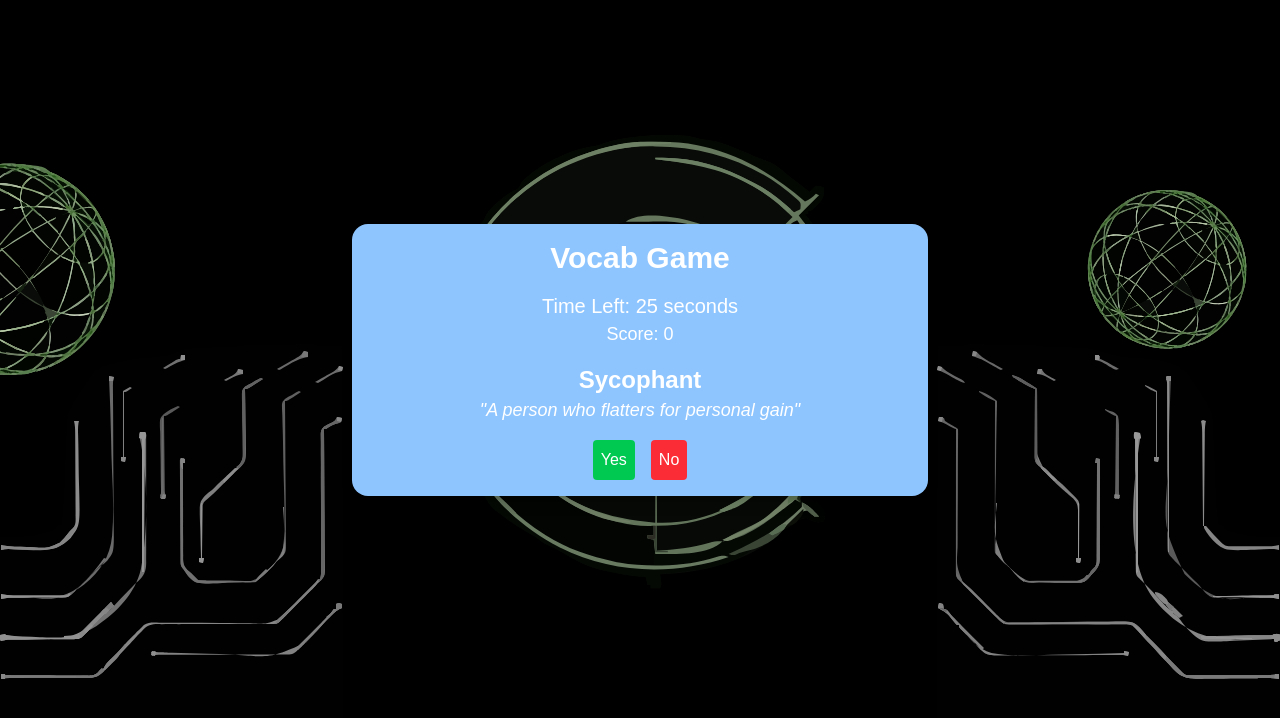
Repository: oxniw/bio-vocab
Page: /game
An editor plug-in stored every save of this project. The page is shown before and after the next save, followed by the edit.
The browser window is 1280 px wide. The pictures show the whole page.
The project was rebuilt for these pictures with package versions that can differ from the ones it lists, and the page was loaded fresh each time. The framework's server and built-in components were replaced by stand-ins that run in the browser. Also part of the build but not shown: next.config.ts.

Above is the page before, as saved 2025-04-03 22:31:48.

### src/app/game/page.jsx
'use client';

import { useState, useEffect } from 'react';
import Image from 'next/image';
const words = [
  { word: 'Ephemeral', definition: 'Lasting a very short time' },
  { word: 'Tenacious', definition: 'Holding fast; persistent' },
  { word: 'Ineffable', definition: 'Too great to be expressed in words' },
  { word: 'Sycophant', definition: 'A person who flatters for personal gain' },
  { word: 'Pernicious', definition: 'Having a harmful effect' }
];

export default function VocabGame() {
  const [currentWord, setCurrentWord] = useState('');
  const [currentDef, setCurrentDef] = useState('');
  const [score, setScore] = useState(0);
  const [timeLeft, setTimeLeft] = useState(30);
  const [gameOver, setGameOver] = useState(false);

  useEffect(() => {
    startGame();
  }, []);

  useEffect(() => {
    if (timeLeft > 0) {
      const timer = setTimeout(() => setTimeLeft(timeLeft - 1), 1000);
      return () => clearTimeout(timer);
    } else {
      setGameOver(true);
    }
  }, [timeLeft]);

  function getNewWord() {
    const wordObj = words[Math.floor(Math.random() * words.length)];
    const useCorrectDef = Math.random() > 0.5;
    setCurrentWord(wordObj.word);
    setCurrentDef(useCorrectDef ? wordObj.definition : words[Math.floor(Math.random() * words.length)].definition);
  }

  function startGame() {
    setScore(0);
    setTimeLeft(30);
    setGameOver(false);
    getNewWord();
  }

  function handleAnswer(isCorrect) {
    if (!gameOver) {
      const correctDef = words.find(w => w.word === currentWord).definition === currentDef;
      setScore(prev => prev + (correctDef === isCorrect ? 1 : -1));
      getNewWord();
    }
  }

  return (
    <div className=" items-center justify-center flex bg-black h-screen overflow-x-hidden relative">
      <Image
      className="absolute top-24 -left-36 rotate-45"
      src="/com/cysphere.svg"
      alt="Next.js logo"
      width={612/2 }
      height={408/2 }
      priority
      />
      <Image
      className="absolute top-24 -right-10 rotate-45 scale-75"
      src="/com/cysphere.svg"
      alt="Next.js logo"
      width={612/2 }
      height={408/2 }
      priority
      />
      <Image
      className="absolute bottom-0 left-0 "
      src="/com/cyd3.svg"
      alt="Next.js logo"
      width={343 }
      height={411 }
      priority
      />
      <Image
      className="absolute bottom-0 right-0 "
      src="/com/cy2d.svg"
      alt="Next.js logo"
      width={343 }
      height={411 }
      priority
      />
      <Image
      className="absolute scale-125"
      src="/com/cy4d.svg"
      alt="Next.js logo"
      width={343 }
      height={411 }
      priority
      />
      <div className='w-full h-screen  flex items-center absolute text-white justify-center overflow-hidden'>

        <div className="flex-col flex items-center w-full p-4 bg-blue-300 max-w-xl rounded-2xl shadow-lg">
        <h1 className="text-3xl font-bold mb-4">Vocab Game</h1>
        <p className="text-xl">Time Left: {timeLeft} seconds</p>
        <p className="text-lg">Score: {score}</p>
        {gameOver ? (
          <button className="mt-4 p-2 bg-blue-500 text-white rounded" onClick={startGame}>
            Restart Game
          </button>
        ) : (
          <>
            <p className="text-2xl font-semibold mt-4">{currentWord}</p>
            <p className="text-lg italic mb-4">"{currentDef}"</p>
            <div className="flex gap-4">
              <button className="p-2 bg-green-500 text-white rounded" onClick={() => handleAnswer(true)}>
                Yes
              </button>
              <button className="p-2 bg-red-500 text-white rounded" onClick={() => handleAnswer(false)}>
                No
              </button>
            </div>
          </>
        )}
        </div>

      </div>


    </div>

  );
}

Loaded but not shown: src/app/layout.tsx (common file); src/app/globals.css (common file)

After the next save:
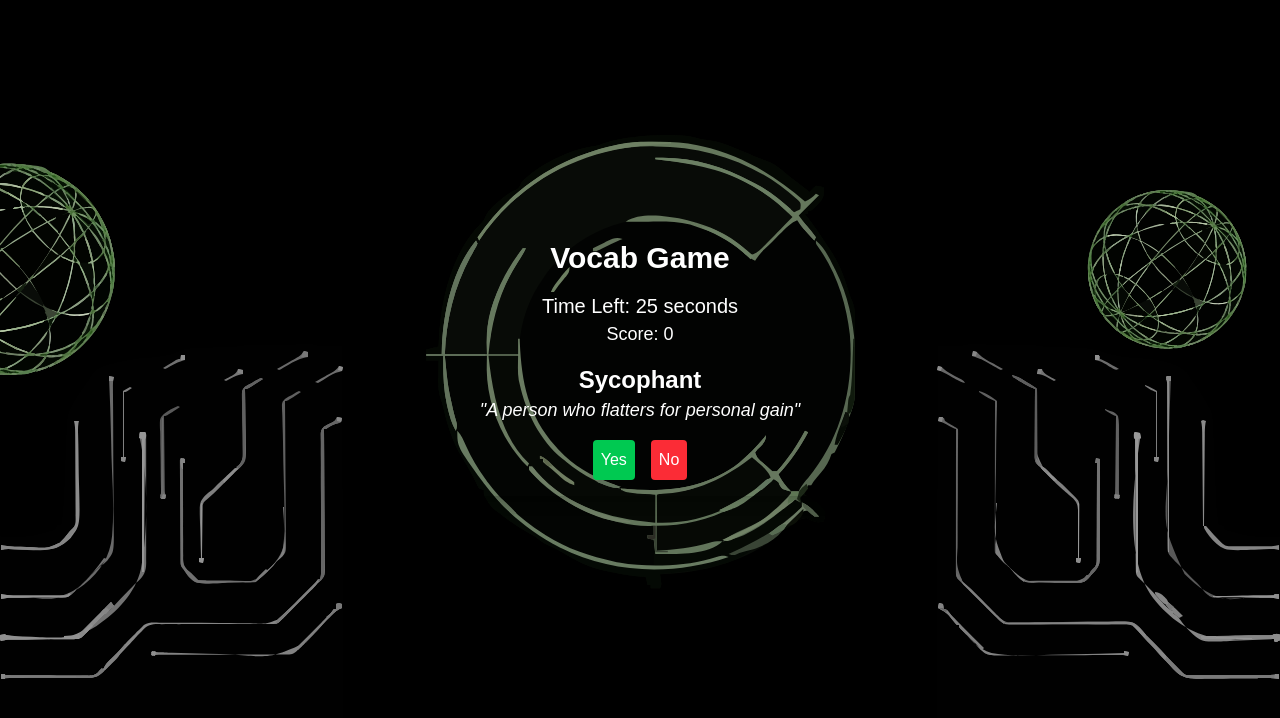
Saved 9 s later.
--- a/src/app/game/page.jsx
+++ b/src/app/game/page.jsx
@@ -96,7 +96,7 @@
       />
       <div className='w-full h-screen  flex items-center absolute text-white justify-center overflow-hidden'>
 
-        <div className="flex-col flex items-center w-full p-4 bg-blue-300 max-w-xl rounded-2xl shadow-lg">
+        <div className="flex-col flex items-center w-full p-4  max-w-xl rounded-2xl shadow-lg">
         <h1 className="text-3xl font-bold mb-4">Vocab Game</h1>
         <p className="text-xl">Time Left: {timeLeft} seconds</p>
         <p className="text-lg">Score: {score}</p>
